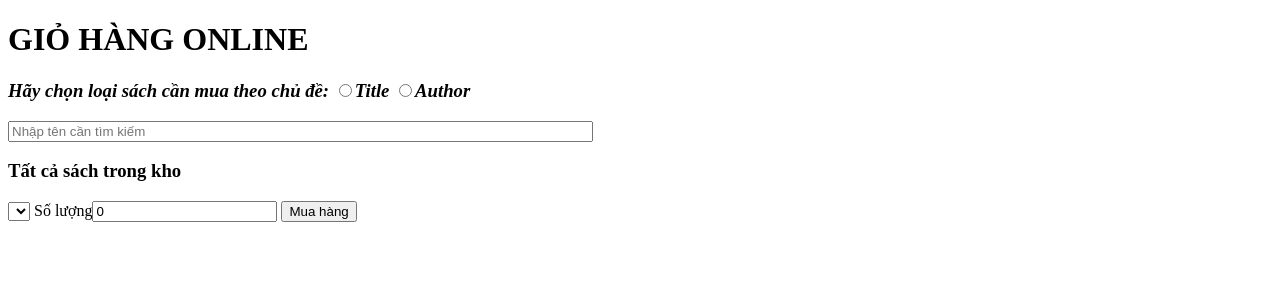
Repository: trangtruc/Java_NangCao
Page: http://localhost/Demo_Database/Myeshop.jsp
These files come from the project's save history. The page is drawn as it stood at one moment and after the next save; the edit follows.
The browser window is 1280 px wide. The pictures show the whole page.
The page is served by Tomcat 9. Other server files are loaded and not shown. Queries for data that is not in the repository find no rows.

Above is the page before, as saved 2017-03-14 12:15:04.

### Buoi4/Demo_Database/WebContent/Myeshop.jsp
<%@page contentType="text/html" pageEncoding="UTF-8"%>
<%@page import="servlet.*" %>
<%@page import="java.util.ArrayList" %>
<!DOCTYPE HTML PUBLIC "-//W3C//DTD HTML 4.01 Transitional//EN"
    "http://www.w3.org/TR/html4/loose.dtd">

<html>
    <head>
        <title>My E-Shop</title>
        <script type="text/javascript">
            function kt(){
                var s=document.getElementById("sl").value;
                if(isNaN(s) || s<=0)
                    return false;
                return true;
            }
        </script>
    </head>
    <body>
        <h1>GIỎ HÀNG ONLINE</h1>
        <%
            DbActions db = new DbActions();
            ArrayList<Sanpham> dssp = db.getAllProducts();
        %>
        <form action="Access" method="post">
            <h3><i>Hãy chọn loại sách cần mua theo chủ đề:
            	<input type="radio" name="ra" value="title"/>Title
				<input type="radio" name="ra" value="author"/>Author
            </i></h3>

           <input type="text" name="key" placeholder="Nhập tên cần tìm kiếm" size="70"/>

			</br>
			</hr>
			<h3>Tất cả sách trong kho</h3>
			<select name="monhang">
                <%
            for (Sanpham sp : dssp) {%>
                <option value="<%=sp.getId()%>"><%=sp.getTitle()%></option>

                <%}%>
            </select>

            Số lượng<input name="soluong" value="0" id="sl"/>
            <input type="hidden" name="action" value="muahang"/>
            <input type="submit" value="Mua hàng" onclick="return kt()"/>


        </form>
        <br/>
        <jsp:include page="Myecart.jsp" flush="true"/>
    </body>
</html>

### Buoi4/Demo_Database/WebContent/Myecart.jsp
<%@page contentType="text/html" pageEncoding="UTF-8"%>
<%@page import="java.util.ArrayList" %>
<%@page import="servlet.*" %>
<%
	Object obj=session.getAttribute("giohang");
	if(obj!=null){
	    Giohang giohang=(Giohang)obj;
	    ArrayList<Monhang> dssp=giohang.getGiohang();
	    if(dssp.size()>0){
%>
<table align="center" border="1" width="95%">
    <tr>
        <th>STT</th>
        <th>Tên sách</th>
        <th>Tên tác giả</th>
        <th>Số lượng mua</th>
        <th>Đơn giá</th>
        <th>Số lượng hiện còn trong kho</th>
        <th>Thành tiền</th>
        <th></th>
    </tr>

    <%int i=1;
    for(Monhang mhang:dssp){

    	 String ms=mhang.getSanpham().getId();
    	 String tua=mhang.getSanpham().getTitle();
         String tgia=mhang.getSanpham().getAuthor();
         int sl=mhang.getSoluong();
         double dg=mhang.getSanpham().getPrice();
         int qty =mhang.getSanpham().getQty();

        %>

        <tr>
            <td><%=ms%></td>
            <td><%=tua%></td>
            <td><%=tgia%></td>
            <td><%=sl%></td>
            <td><%=dg%></td>
            <td><%=qty-sl%></td>
            <td><%=dg*sl%></td>
            <td>
                <form action="Access" method="post">
                    <input type="hidden" name="action" value="trahang"/>
                    <input type="hidden" name="mssp" value="<%=ms%>"/>
                    <input type="submit" value="Trả hàng"/>
                </form>
            </td>
        </tr>
    <%}%>
    </table>
    <br/>
        <center>
            <form method="post" action="Access">
                <input type="hidden" name="action" value="checkout"/>
                <input type="submit" value="Check out"/>
            </form>
        </center>
   <%}
   }
%>

### Buoi4/Demo_Database/src/servlet/DbActions.java
package servlet;

import java.sql.Connection;
import java.sql.DriverManager;
import java.sql.ResultSet;
import java.sql.Statement;
import java.util.ArrayList;

import servlet.Sanpham;

public class DbActions {
	private Connection conn;

	public DbActions() throws Exception{
		Class.forName("com.mysql.jdbc.Driver");
		conn = DriverManager.getConnection("jdbc:mysql://localhost:3306/ebookshop","root","");

	}





	public Sanpham getSanPhamId(String id) throws Exception {
		Sanpham sp=null;
		Statement stmt = conn.createStatement();
		String sql = "select * from books where id="+id+"";

		ResultSet rs = stmt.executeQuery(sql);
		if(rs.next()){
			String i = rs.getString("id");
			String t = rs.getString("title");
            String author = rs.getString("author");
            Float price = rs.getFloat("price");
            int quantity = rs.getInt("qty");
            sp = new Sanpham(i, t, author, price, quantity);
		}

		return sp;

	}


	public Sanpham getSanPhamAuthor(String author) throws Exception {
		Sanpham sp=null;
		Statement st = conn.createStatement();
		String sql = "SELECT * FROM books WHERE author = "
                + "'" + author + "'"
                + " AND qty > 0 ORDER BY author ASC, title ASC";
		ResultSet rs = st.executeQuery(sql);
		if(rs.next()){
			String id = rs.getString("id");
			String t = rs.getString("title");
            String au = rs.getString("author");
            Float price = rs.getFloat("price");
            int quantity = rs.getInt("qty");
            sp = new Sanpham(id, t, au, price, quantity);
		}

		return sp;
	}
	   /**
     * Lấy tât cả sản phẩm
     * @return danh sách sản phẩm
     * @throws Exception
     */
    public ArrayList<Sanpham> getAllProducts() throws Exception {
        ArrayList<Sanpham> ds = new ArrayList<Sanpham>();
        ResultSet rs = null;
        Statement stmt = conn.createStatement();
        String sql = "select * from books";
        rs = stmt.executeQuery(sql);
        while(rs.next()){
        	String id = rs.getString("id");
        	String t = rs.getString("title");
            String author = rs.getString("author");
            Float price = rs.getFloat("price");
            int quantity = rs.getInt("qty");
            ds.add(new Sanpham(id, t, author, price, quantity));
        }
        return ds;
    }


}

After the next save:
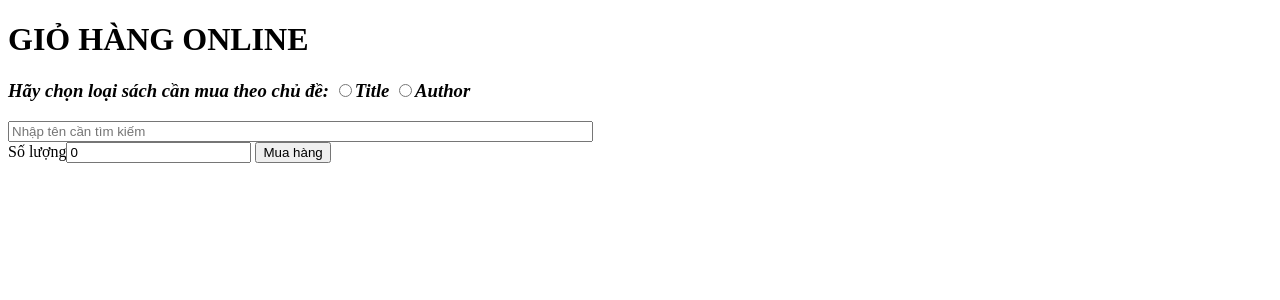
Saved 97 s later.
--- a/Buoi4/Demo_Database/WebContent/Myeshop.jsp
+++ b/Buoi4/Demo_Database/WebContent/Myeshop.jsp
@@ -28,18 +28,9 @@
 				<input type="radio" name="ra" value="author"/>Author
             </i></h3>
 
-           <input type="text" name="key" placeholder="Nhập tên cần tìm kiếm" size="70"/>
+           <input type="text" name="monhang" placeholder="Nhập tên cần tìm kiếm" size="70"/>
 
 			</br>
-			</hr>
-			<h3>Tất cả sách trong kho</h3>
-			<select name="monhang">
-                <%
-            for (Sanpham sp : dssp) {%>
-                <option value="<%=sp.getId()%>"><%=sp.getTitle()%></option>
-
-                <%}%>
-            </select>
 
             Số lượng<input name="soluong" value="0" id="sl"/>
             <input type="hidden" name="action" value="muahang"/>
